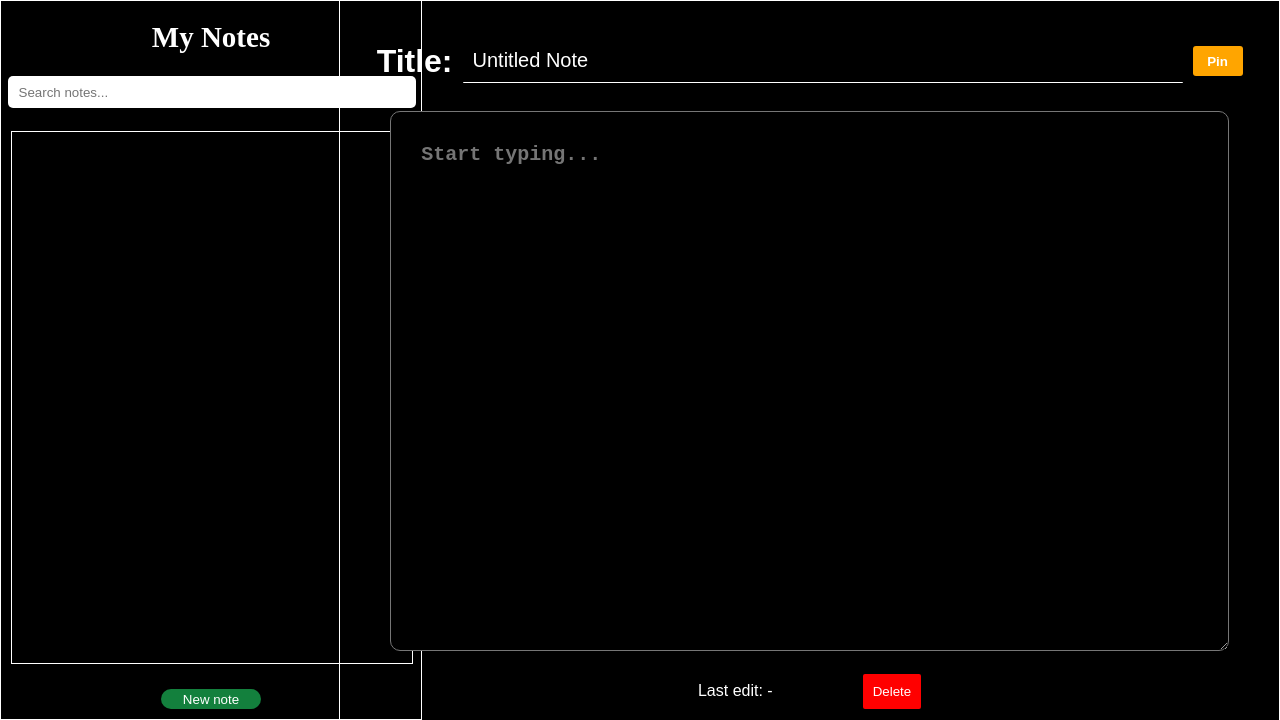
Repository: dmpelaez/myNotes
Page: QuickNotes.html
The author's editor kept a copy of each file at every save. The page is drawn from the files as they stood at one save, then again after the next save.
The browser window is 1280 px wide. The pictures show the whole page.

Above is the page before, as saved 2025-12-18 22:21:44.

### QuickNotes.html
<!DOCTYPE html>

  <html>

    <head>

      <title>Quick Notes</title>

      <!--CSS LINK-->
      <link rel="stylesheet" href="QuickNotes.css">
    </head>
    <body>

      <!--Note section-->
      <aside class="aside-section">

        <!--My notes part-->
        <div class="myNotes">
          <p class="my-notes-text">My Notes</p>
        </div>
        <!--Search notes-->
        <div class="input-box">
          <input class="input" placeholder="Search notes...">
        </div>
        <!--Notes-->
        <div class="note-list"></div>
        <!--add button-->
        <button class="add-button">New note</button>

      </aside>

      <!---Typing section-->
      <main class="main-section">

        <!--Header-->
        <div class="header-section">
          <h1>Title:</h1>
          <input class="title-notes" placeholder="Untitled Note">
          <button class="pin-btn">Pin</button>
        </div>

        <!--text area-->
        <div class="texting-area">
          <textarea class="textarea" placeholder="Start typing..."></textarea>
        </div>

        <!---Delete button-->
        <div class="delete">
          <span class="edit">Last edit: -</span>
          <button class="delete-btn">Delete</button>
        </div>

        <div class="delete-confirm">

          <div class="modal-delete">
            <h1>Are you sure?</h1>
            <p class="sure-text">Are you sure you want to delete the note permanently?</p>
            You can't undo this action.
          </div>

          <!--delete and cancel button-->
          <div class="btn-section">
            <button class="cancel-btn">Cancel</button>
            <button class="remove-btn">Remove</button>
          </div>


        </div>

      </main>

      <script type="module" src="QuickNotes.js"></script>
    </body>

  </html>

### QuickNotes.css
body {
  margin: 0;
  padding: 0;
  background: black;
  box-sizing: border-box;
  display: Flex;
}
* {
  color: rgb(255, 255, 255);
}
.aside-section {
  border: 1px solid white;
  display: grid;
  width: 400px;
  position: fixed;
  bottom: 0;
  top: 0;
  grid-template-rows: 40px 30px 1fr 20px;
  padding: 10px;
  gap: 25px;

}

.my-notes-text {
  display: flex;
  margin: 0px;
  justify-self: center;
  align-self: center;
  margin-top: 10px;
}
.note-list {
  border: 1px solid white;
  width: 100%;
}

.my-notes-text {
  font-weight: bold;
  font-size: 29px;
}

.input {
  color: black;
  display: flex;
  align-self: center;
  justify-self: center;
  Width: 99%;
  height: 100%;
  border-radius: 5px;
  border: none;
  outline: none;
  padding-left: 10px;
  margin-left: 1px;
}
.input::placeholder {
  padding-left: 1px;

}

.add-button {
  width: 100px;
  display: flex;
  justify-self: center;
  background: rgb(19, 128, 61);
  border: none;
  border-radius: 10px;
  color: white;
  font-family: arial;
  align-items: center;
  justify-content: center;
  cursor: pointer;
}

.note-list {
  display: grid;
}

.main-section {
  position: fixed;
  left: 26.5%;
  border: 1px solid white;
  right: 0px;
  height: 100%;
  display: grid;
  grid-template-rows: 70px 1fr 30px;
  gap: 40px;

}

.header-section {
  display: flex;
  justify-self: center;
  align-self: center;
  gap: 10px;
  margin-top: 50px;
  align-items: center;
}
.title-notes {
  width: 700px;
  padding: 10px;
  border-radius: 1px;
  background: none;
  border: none;
  border-bottom: 1px solid white;
  outline: none;
 font-size: 20px;
 font-family: arial;
}

.title-notes::placeholder {
  color: white;
  font-family: arial;
  font-size: 20px;

}

.pin-btn {
  background: orange;
  border: none;
  border-radius: 3px;
  font-family: arial;
  font-weight: bold;
  width: 50px;
  height: 30px
}

.texting-area {
  display: flex;
  padding-right: 50px;
  padding-left: 50px;
}
.textarea {
  background: black;
  outline: none;
  display: flex;
  width: 100%;
  padding-left: 30px;
  padding-right: 80px;
  padding-top: 30px;
  line-height: 25px;
  font-size: 20px;
  font-weight: bold;
  border-radius: 10px;
}

.delete {
  display: flex;
  justify-content: center;
  align-items: center;
  gap: 90px;
  margin-bottom: 40px;

}
.delete-btn {
  background: red;
  border: none;
  border-radius: 2px;
  padding: 10px;
  cursor: pointer;
}
.edit {
  font-family: arial;
}

.delete-confirm {
  position: absolute;
  left: 20%;
  top: 20%;
  display: flex;
  background: rgb(59, 58, 58);
  border-radius: 10px;
  flex-direction: column;
  align-items: center;
  justify-content: center;
  padding: 10px;
  height: 200px;
  display: none;
  pointer-events: none;
}
.modal-delete {
  padding: 20px;
  display: flex;
  flex-direction: column;
  align-items: center;
  font-family: arial;

}
h1 {
  display: flex;
  justify-self: center;
  margin: 0px;
  font-family: arial;
}
.sure-text {
  margin: 0px;
  margin-top: 10px;
  font-family: arial;
}


.btn-section {
  display: flex;
  gap: 10px;
}

.cancel-btn {
  background: gray;
  border: none;
  border-radius: 5px;
  font-weight: bold;
  padding: 10px;
  cursor: pointer;
}
.remove-btn {
  background: red;
  border: none;
  border-radius: 5px;
  font-family: arial;
  font-weight: bold;
  cursor: pointer;
}

### QuickNotes.js
//Aside section
const input = document.querySelector('.input');
const noteList = document.querySelector('.note-list');
const addBtn = document.querySelector('.add-buttom');

//Main section
const titleNotes = document.querySelector('.title-notes');
const pinBtn = document.querySelector('.pin-btn');
const textArea = document.querySelector('.textarea');

//delete button section
const btnDelete = document.querySelector('.Delete');

//remove and cancel button
const cancelBtn = document.querySelector('.Cancel');
const removeBtn = document.querySelector('.remove-btn');


//save notes

let notes = JSON.parse(localStorage.getItem('notes')) || [];

function saveNotes() {
  localStorage.setItem('notes', JSON.stringify(notes));
}

After the next save:
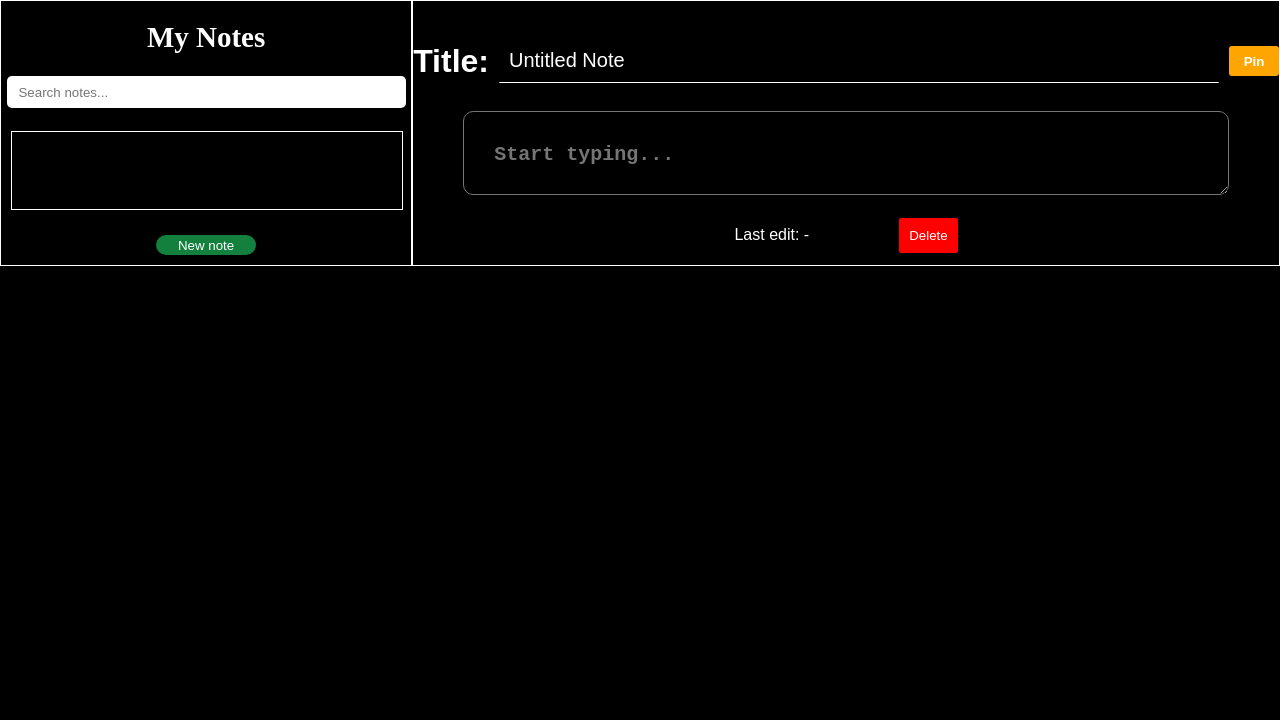
Saved 31 s later.
--- a/QuickNotes.css
+++ b/QuickNotes.css
@@ -12,9 +12,6 @@ body {
   border: 1px solid white;
   display: grid;
   width: 400px;
-  position: fixed;
-  bottom: 0;
-  top: 0;
   grid-template-rows: 40px 30px 1fr 20px;
   padding: 10px;
   gap: 25px;
@@ -75,7 +72,7 @@ body {
 }
 
 .main-section {
-  position: fixed;
+
   left: 26.5%;
   border: 1px solid white;
   right: 0px;
